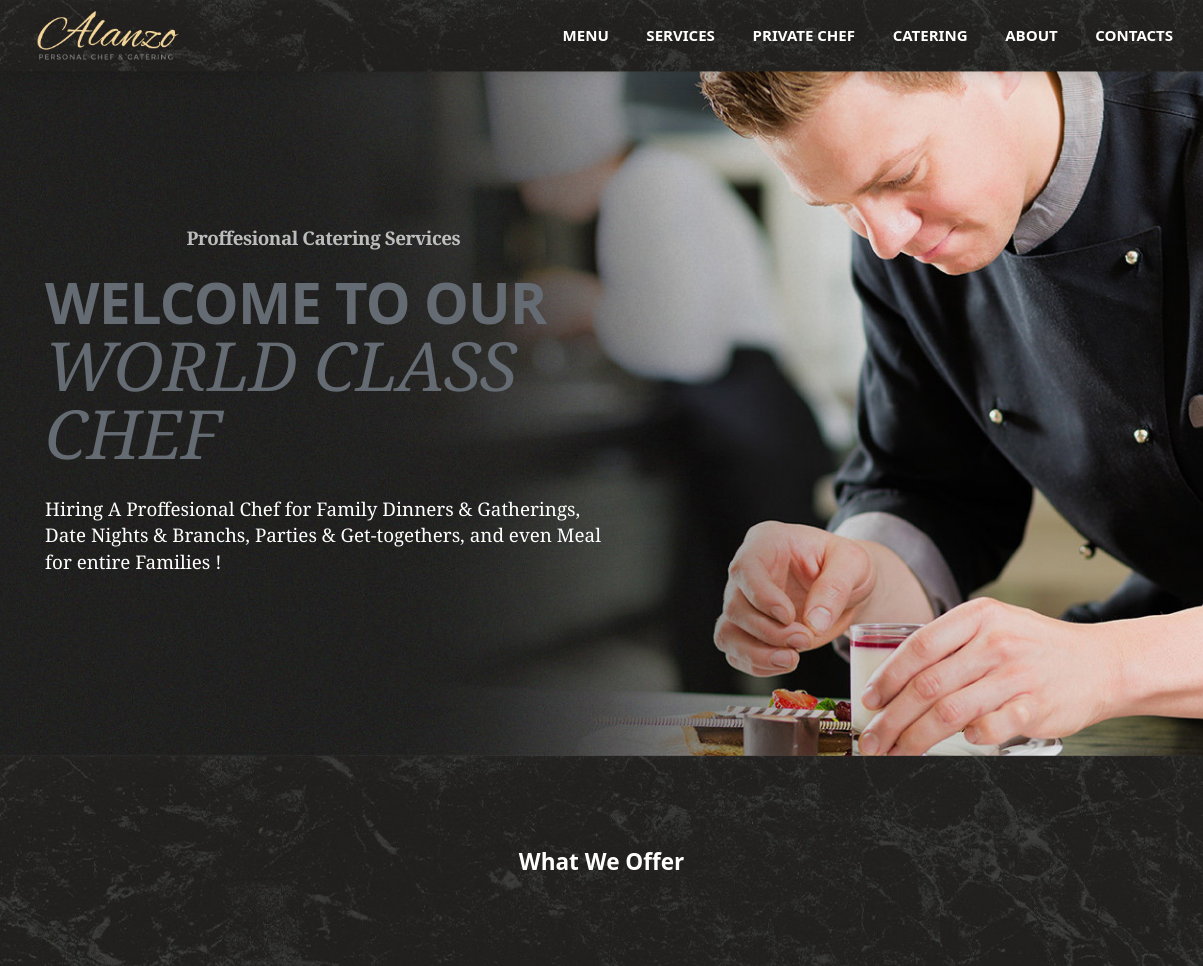
Repository: remydev47/alanzo
Page: /
An editor plug-in stored every save of this project. The page is shown before and after the next save, followed by the edit.
The browser window is 1280 px wide. The pictures show the whole page, at 94% of full size.
The project was rebuilt for these pictures with package versions that can differ from the ones it lists, and the page was loaded fresh each time. The framework's server and built-in components were replaced by stand-ins that run in the browser. Also part of the build but not shown: next.config.js, components/Aboutus.tsx, components/Consulting.tsx, components/Catering.tsx, components/Menu.tsx, components/Testimonials.tsx, components/CTA.tsx, components/Footer.tsx.

Above is the page before, as saved 2022-12-17 11:58:34.

After the next save:
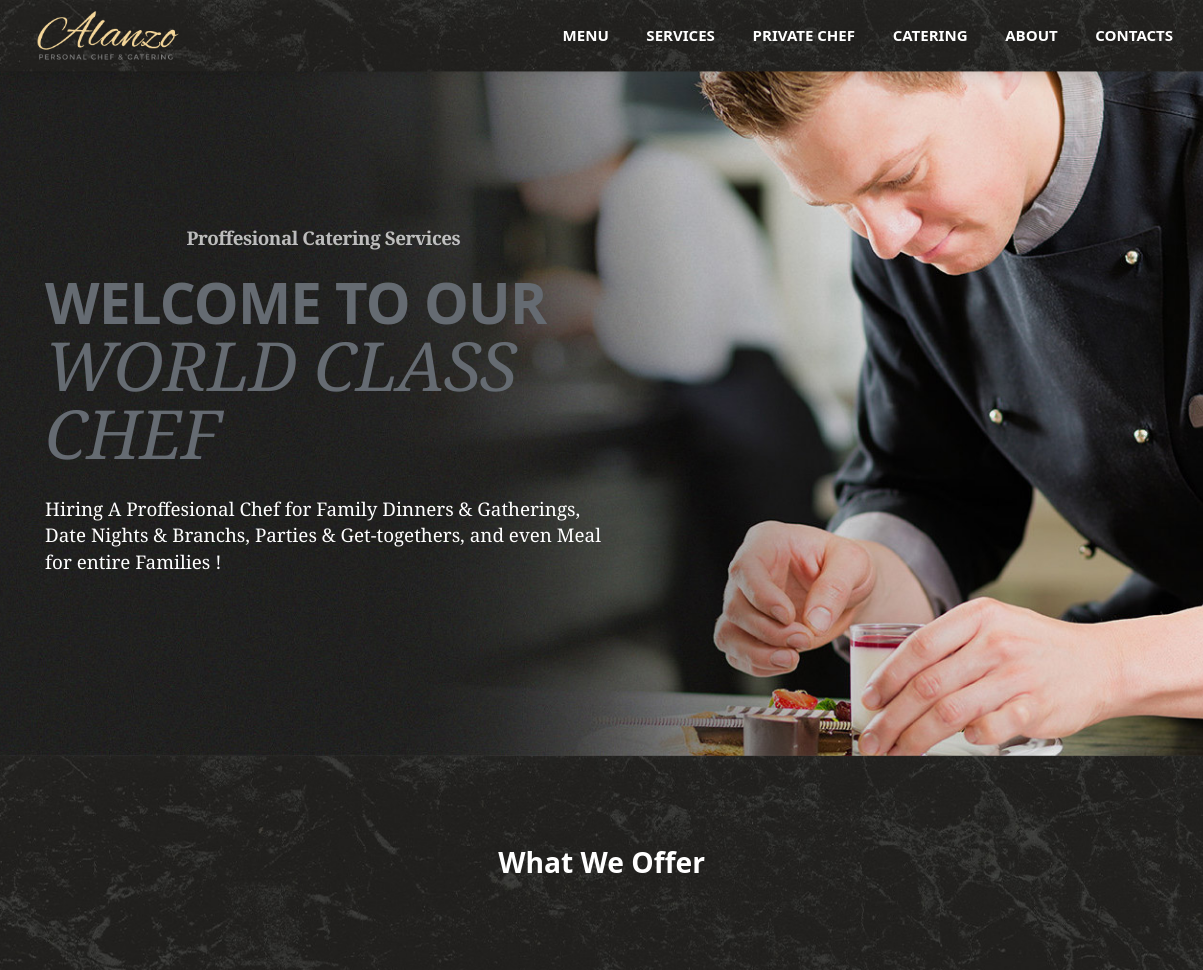
Saved 11 s later.
--- a/components/Services.tsx
+++ b/components/Services.tsx
@@ -6,7 +6,7 @@ const Services = () => {
     <section className={`${styles.paddings} bg-[url('/images/bg_2.jpg')] sm:py-16 lg:py-24`}>
       <div className="px-4 mx-auto max-w-7xl sm:px-6 lg:px-8">
        <div className="max-w-2xl mx-auto text-center">
-        <h2 className="text-xl font-bold  leading-tight text-white  lg:text-2xl">What We Offer</h2>
+        <h2 className="text-xl font-bold  leading-tight text-white lg:text-3xl">What We Offer</h2>
        </div>
       </div>
     </section>
